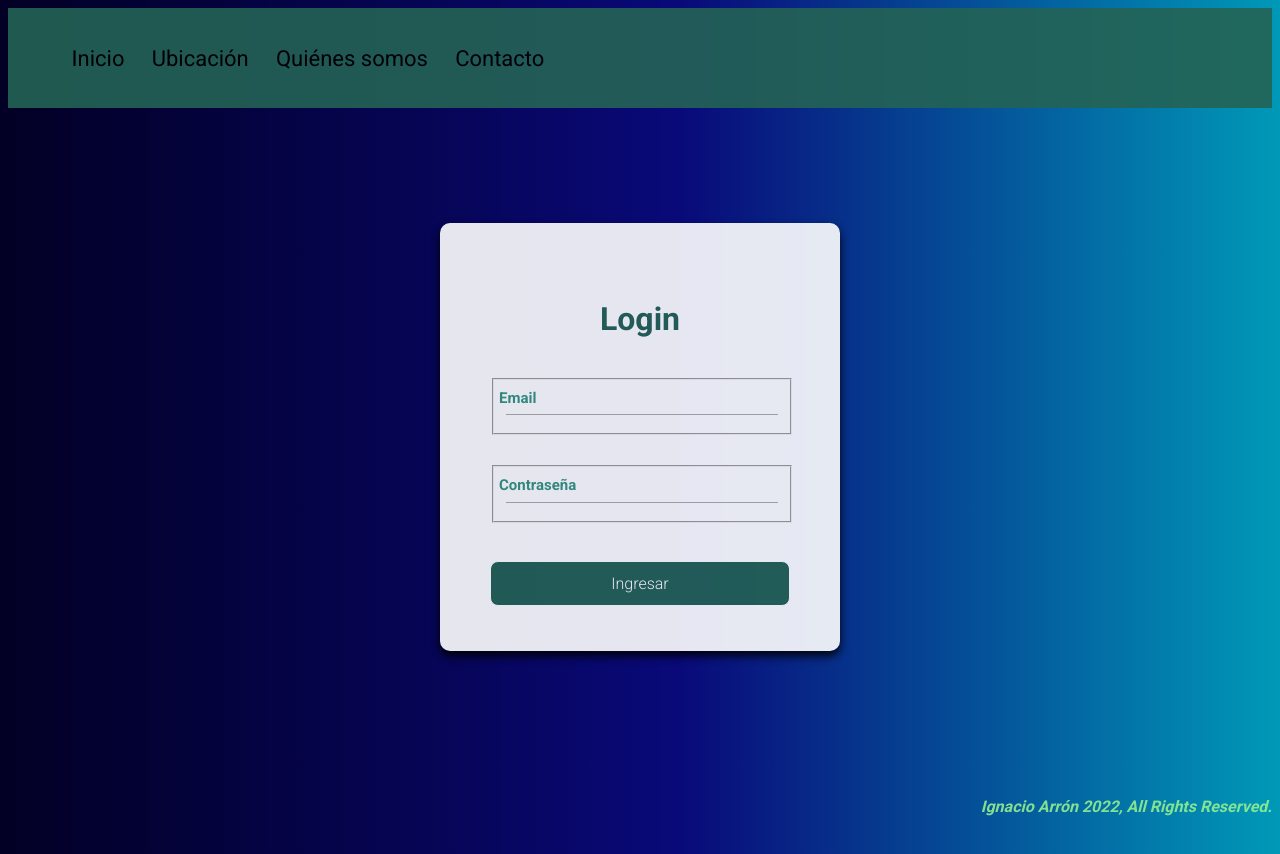
Repository: Divineridh/lppa-parcial2
Page: login.html
The author's editor kept a copy of each file at every save. The page is drawn from the files as they stood at one save, then again after the next save.
The browser window is 1280 px wide. The pictures show the whole page.

Above is the page before, as saved 2022-07-04 21:45:22.

After the next save:
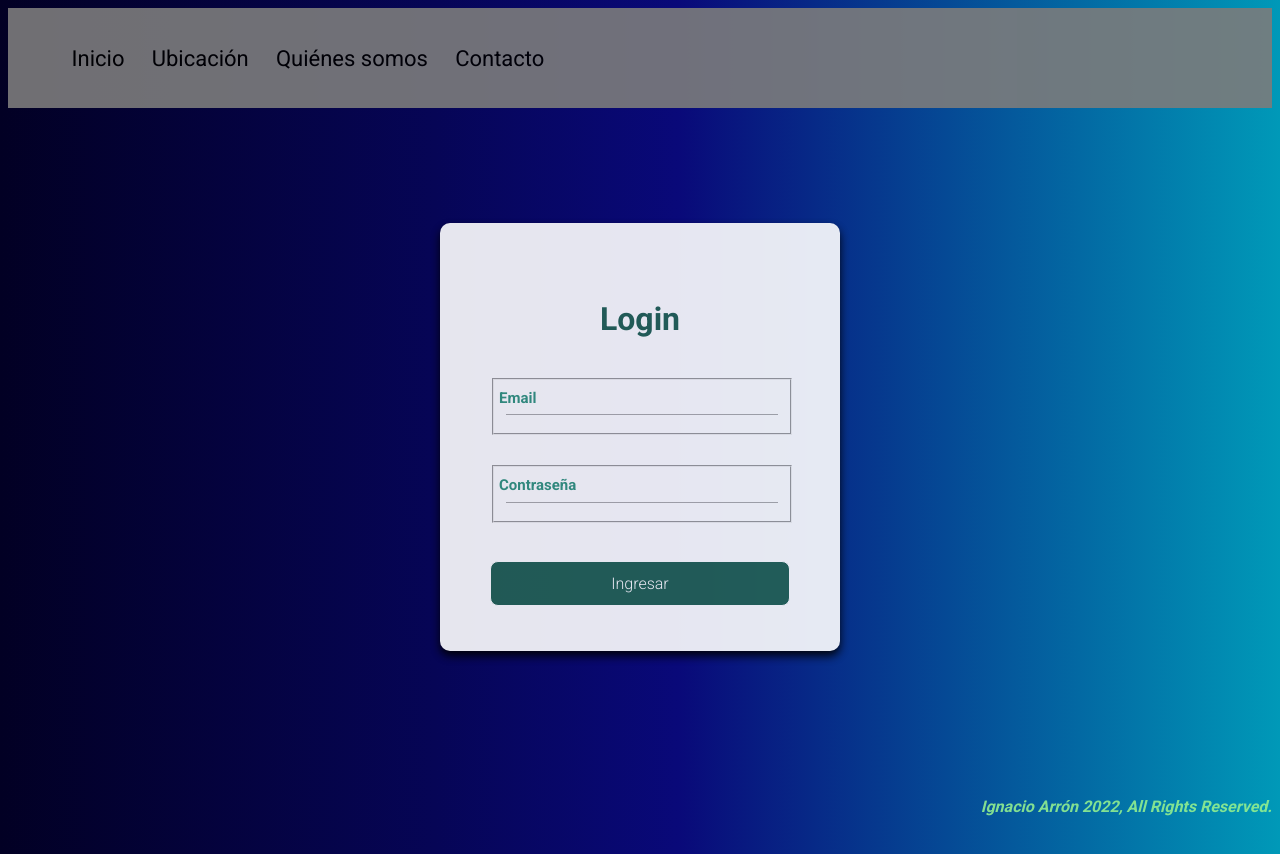
Saved 68 s later.
--- a/styles/style.css
+++ b/styles/style.css
@@ -30,7 +30,7 @@ header{
     display: flex;
     justify-content: space-between;
     align-items: center;
-    background-color: var(--verdeClaro);
+    background-color: #7c7c7c
 }
 
 header h1{
